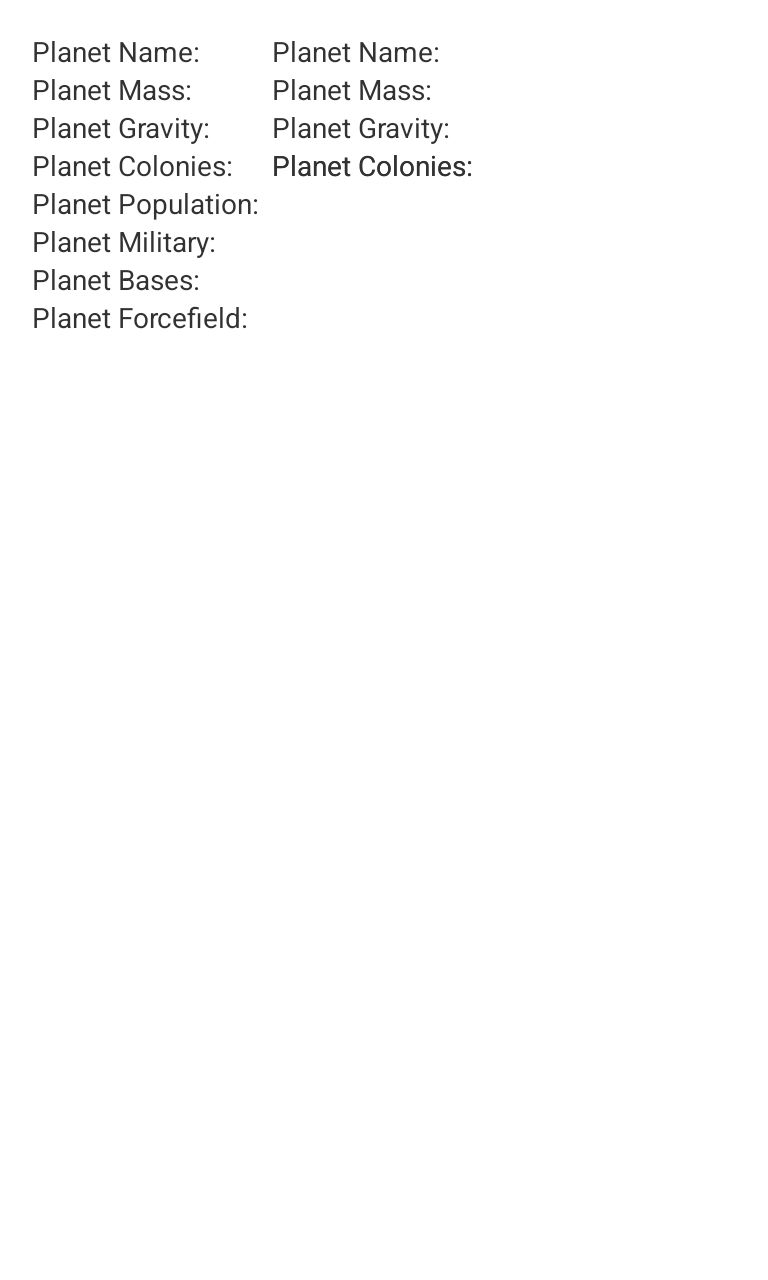
Repository: blender-head/android_basic
Layout: Hello_World/res/layout/activity_main.xml
An editor plug-in stored every save of this project. The layout is shown before and after the next save, followed by the edit.
It is drawn on a 768 x 1280 px phone screen (xhdpi) without system bars, with theme AppTheme; the app's code is not run. The app's manifest (not shown) leaves right-to-left support off. So textAlignment, textDirection and layoutDirection are ignored, and left and right values win over start and end ones.

Above is the layout before, as saved 2013-12-31 15:31:08.

### Hello_World/res/layout/activity_main.xml
<RelativeLayout xmlns:android="http://schemas.android.com/apk/res/android"
    xmlns:tools="http://schemas.android.com/tools"
    android:layout_width="match_parent"
    android:layout_height="match_parent"
    android:paddingBottom="@dimen/activity_vertical_margin"
    android:paddingLeft="@dimen/activity_horizontal_margin"
    android:paddingRight="@dimen/activity_horizontal_margin"
    android:paddingTop="@dimen/activity_vertical_margin"
    tools:context=".MainActivity" >

	<TextView
        android:id="@+id/textView1"
        android:layout_width="wrap_content"
        android:layout_height="wrap_content"
        android:text="@string/planet_name_label" />

	<TextView
        android:id="@+id/dataView1"
        android:layout_toRightOf="@+id/textView1"
        android:layout_marginLeft="36dip"
        android:layout_width="wrap_content"
        android:layout_height="wrap_content"
        android:text="@string/planet_name_label" />

	<TextView
        android:id="@+id/textView2"
        android:layout_below="@+id/textView1"
        android:layout_width="wrap_content"
        android:layout_height="wrap_content"
        android:text="@string/planet_mass_label" />

	<TextView
        android:id="@+id/dataView2"
        android:layout_toRightOf="@+id/textView2"
        android:layout_alignStart="@+id/dataView1"
        android:layout_below="@+id/dataView1"
        android:layout_width="wrap_content"
        android:layout_height="wrap_content"
        android:text="@string/planet_mass_label" />

	<TextView
        android:id="@+id/textView3"
        android:layout_below="@+id/textView2"
        android:layout_width="wrap_content"
        android:layout_height="wrap_content"
        android:text="@string/planet_gravity_label" />

	<TextView
        android:id="@+id/dataView3"
        android:layout_toRightOf="@+id/textView3"
        android:layout_alignStart="@+id/dataView2"
        android:layout_below="@+id/dataView2"
        android:layout_width="wrap_content"
        android:layout_height="wrap_content"
        android:text="@string/planet_gravity_label" />

	<TextView
        android:id="@+id/textView4"
        android:layout_below="@+id/textView3"
        android:layout_width="wrap_content"
        android:layout_height="wrap_content"
        android:text="@string/planet_colonies_label" />

	<TextView
        android:id="@+id/dataView4"
        android:layout_toRightOf="@+id/textView4"
        android:layout_alignStart="@+id/dataView3"
        android:layout_below="@+id/dataView3"
        android:layout_width="wrap_content"
        android:layout_height="wrap_content"
        android:text="@string/planet_colonies_label" />

	<TextView
        android:id="@+id/textView5"
        android:layout_below="@+id/textView4"
        android:layout_width="wrap_content"
        android:layout_height="wrap_content"
        android:text="@string/planet_population_label" />

	<TextView
        android:id="@+id/dataView4"
        android:layout_toRightOf="@+id/textView4"
        android:layout_alignStart="@+id/dataView3"
        android:layout_below="@+id/dataView3"
        android:layout_width="wrap_content"
        android:layout_height="wrap_content"
        android:text="@string/planet_colonies_label" />

	<TextView
        android:id="@+id/textView6"
        android:layout_below="@+id/textView5"
        android:layout_width="wrap_content"
        android:layout_height="wrap_content"
        android:text="@string/planet_military_label" />

	<TextView
        android:id="@+id/textView7"
        android:layout_below="@+id/textView6"
        android:layout_width="wrap_content"
        android:layout_height="wrap_content"
        android:text="@string/planet_bases_label" />

	<TextView
        android:id="@+id/textView8"
        android:layout_below="@+id/textView7"
        android:layout_width="wrap_content"
        android:layout_height="wrap_content"
        android:text="@string/planet_forcefield_label" />

</RelativeLayout>

### Hello_World/res/values/strings.xml
<?xml version="1.0" encoding="utf-8"?>
<resources>

    <string name="app_name">Hello_World</string>
    <string name="action_settings">Settings</string>
    <string name="hello_world">Hello world!</string>

    <string name="planet_name_label">Planet Name: </string>
	<string name="planet_mass_label">Planet Mass: </string>
	<string name="planet_gravity_label">Planet Gravity: </string>
	<string name="planet_colonies_label">Planet Colonies: </string>
	<string name="planet_population_label">Planet Population: </string>
	<string name="planet_military_label">Planet Military: </string>
	<string name="planet_bases_label">Planet Bases: </string>
	<string name="planet_forcefield_label">Planet Forcefield: </string>

</resources>

Loaded but not shown: Hello_World/res/values/styles.xml (common file); Hello_World/res/values-v11/styles.xml (common file); Hello_World/res/values-v14/styles.xml (common file); Hello_World/res/values/dimens.xml (common file)

After the next save:
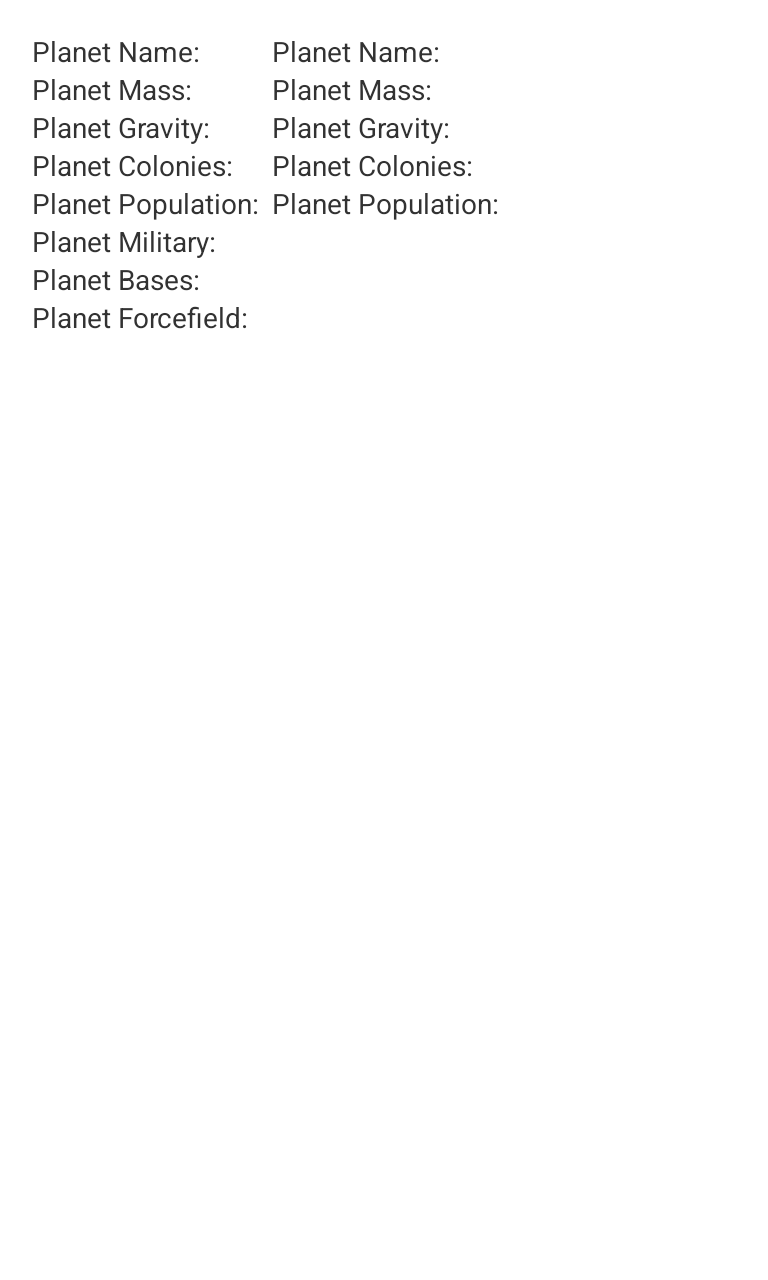
Saved 14 s later.
--- a/Hello_World/res/layout/activity_main.xml
+++ b/Hello_World/res/layout/activity_main.xml
@@ -78,13 +78,13 @@
         android:text="@string/planet_population_label" />
 
 	<TextView
-        android:id="@+id/dataView4"
-        android:layout_toRightOf="@+id/textView4"
-        android:layout_alignStart="@+id/dataView3"
-        android:layout_below="@+id/dataView3"
+        android:id="@+id/dataView5"
+        android:layout_toRightOf="@+id/textView5"
+        android:layout_alignStart="@+id/dataView4"
+        android:layout_below="@+id/dataView4"
         android:layout_width="wrap_content"
         android:layout_height="wrap_content"
-        android:text="@string/planet_colonies_label" />
+        android:text="@string/planet_population_label" />
 
 	<TextView
         android:id="@+id/textView6"
